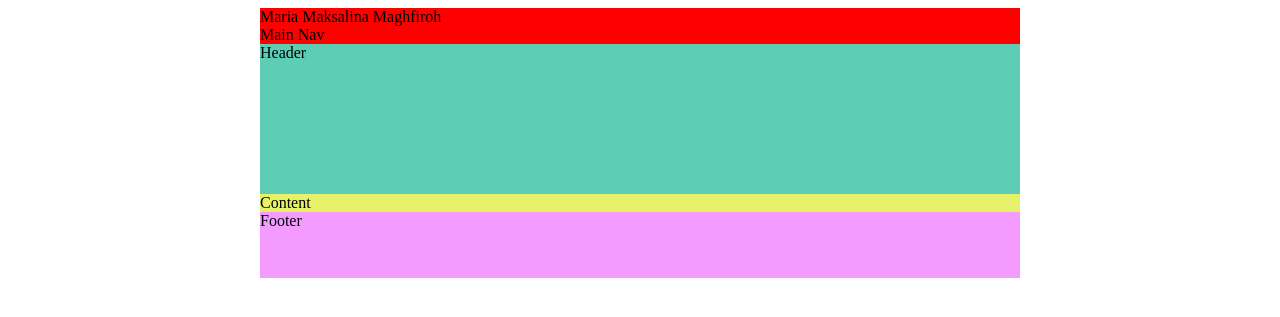
Repository: Bearli-py/latihan_bisdig
Page: index.html
The author's editor kept a copy of each file at every save. The page is drawn from the files as they stood at one save, then again after the next save.
The browser window is 1280 px wide. The pictures show the whole page.

Above is the page before, as saved 2025-09-09 15:12:36.

After the next save:
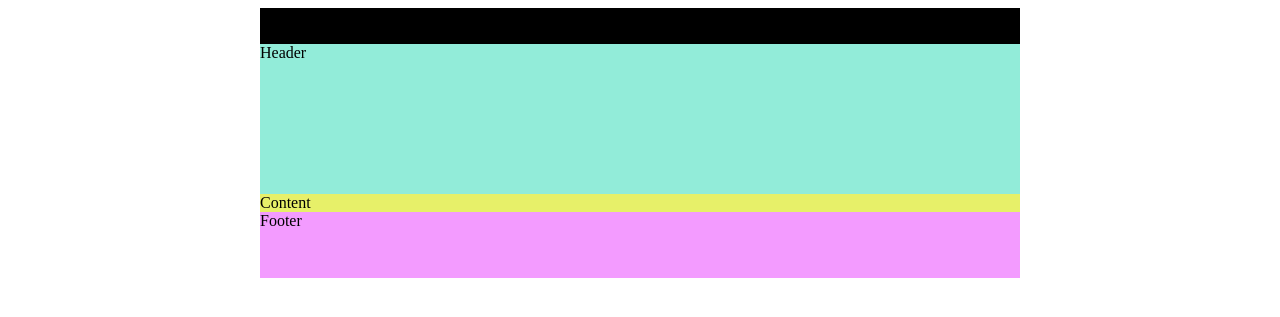
Saved 46 s later.
--- a/style.css
+++ b/style.css
@@ -1,11 +1,11 @@
 #page-container {
     width: 760px;
     margin: auto;
-    background: red;
+    background: rgb(0, 0, 0);
     text-align: left;
 }
 #header {
-background: rgb(93, 206, 181);
+background: rgb(146, 236, 217);
 height: 150px;
 }
 #content {
